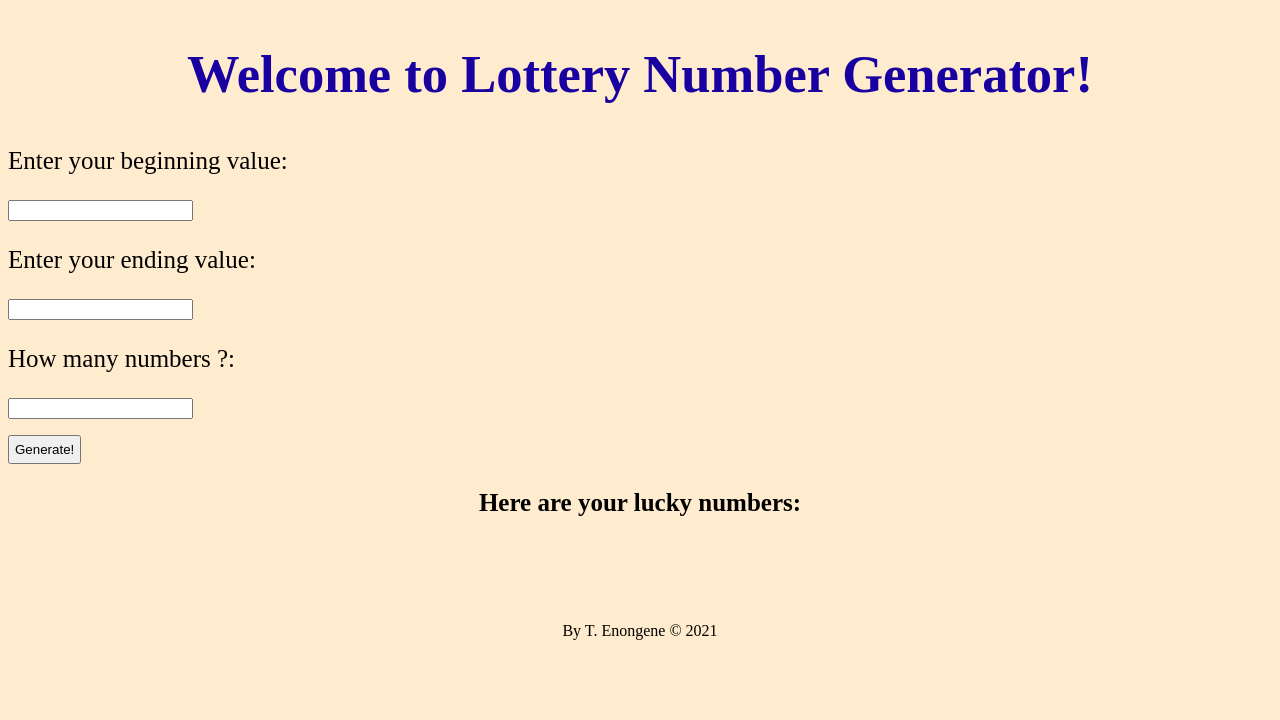
Repository: tenongene/Basic-Lottery
Page: index.html
An editor plug-in stored every save of this project. The page is shown before and after the next save, followed by the edit.
The browser window is 1280 px wide. The pictures show the whole page.

Above is the page before, as saved 2022-09-08 21:17:21.

After the next save:
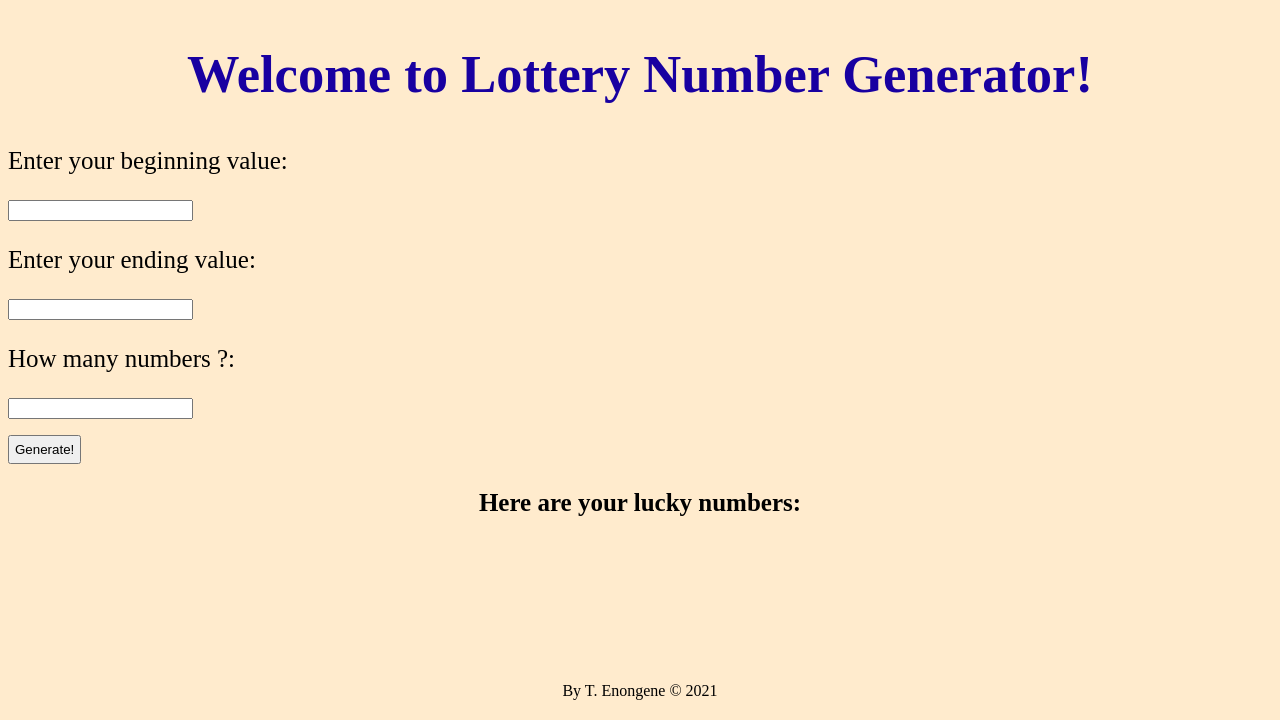
Saved 4 s later.
--- a/style1.css
+++ b/style1.css
@@ -39,6 +39,6 @@ body {
 .footer {
   text-align: center;
   display: block;
-  margin-top:100
+  margin-top:100px
 
 }
